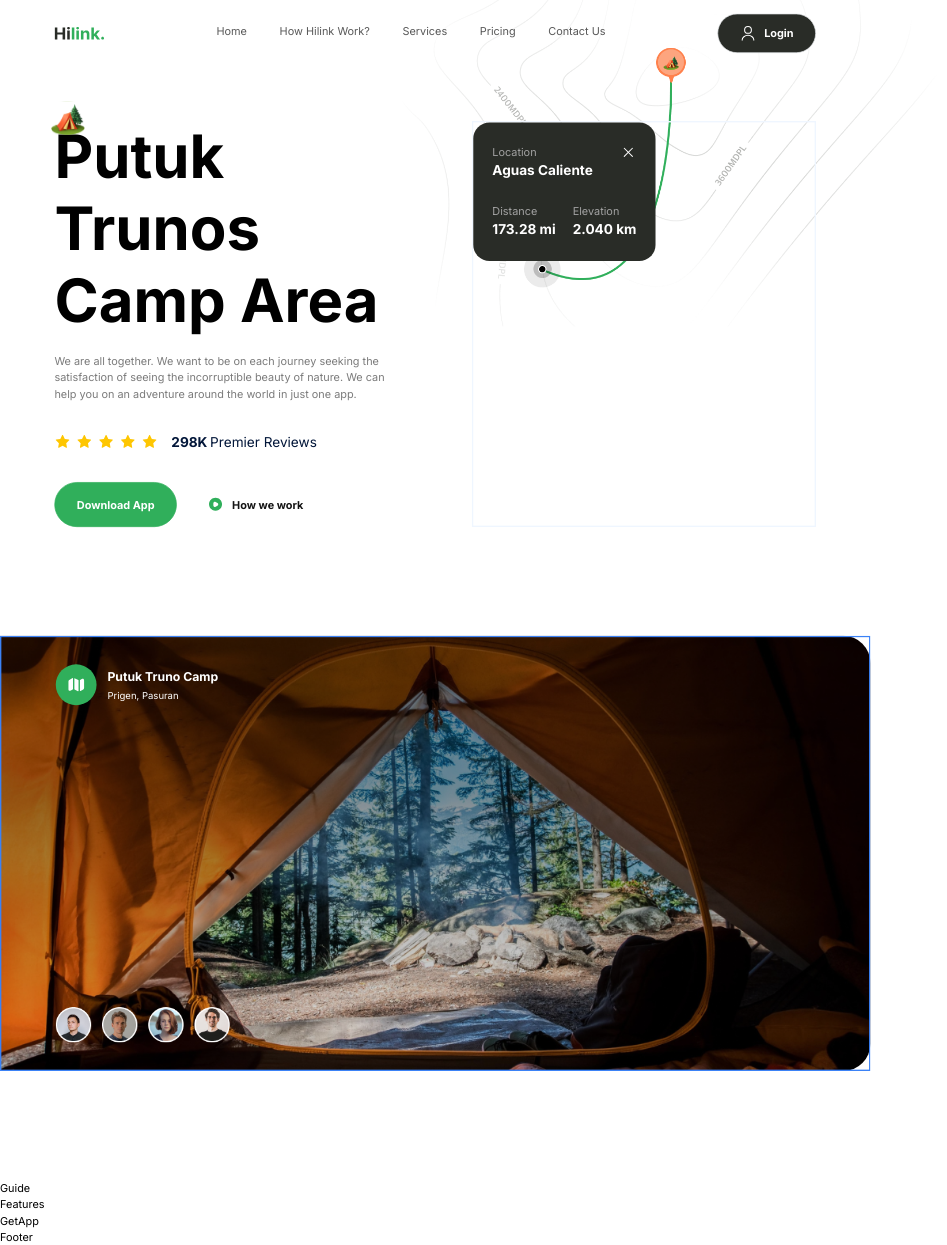
Repository: SouthpawC0der/Modern-reactsite
Page: /
An editor plug-in stored every save of this project. The page is shown before and after the next save, followed by the edit.
The browser window is 1280 px wide. The page is 1392 px wide, so the pictures cover 1392 px, including what lies to the right of the window. The pictures show the whole page, at 68% of full size.
The project was rebuilt for these pictures with package versions that can differ from the ones it lists, and the page was loaded fresh each time. The framework's server and built-in components were replaced by stand-ins that run in the browser. Also part of the build but not shown: next.config.ts.

Above is the page before, as saved 2025-02-06 12:16:35.

### app/layout.tsx
import type { Metadata } from "next";
import "./globals.css";
import Navbar from "@/components/Navbar";
import Footer from "@/components/Footer";

export default function RootLayout({
  children,
}: Readonly<{
  children: React.ReactNode;
}>) {
  return (
    <html lang="en">
      <body>
        <Navbar />
        <main className="relative-overflow-hidden">
        {children}
        </main>
        <Footer />
      </body>
    </html>
  );
}

### app/page.tsx
import Camp from "@/components/Camp";
import Features from "@/components/Features";
import GetApp from "@/components/GetApp";
import Guide from "@/components/Guide";
import Hero from "@/components/Hero";


export default function Home() {
  return (
    <>
    <Hero />
    <Camp />
    <Guide />
    <Features />
    <GetApp />
    </>
  );
}

### app/globals.css

@import url('https://fonts.googleapis.com/css2?family=Inter:wght@400;500;600;700;800&display=swap');

@tailwind base;
@tailwind components;
@tailwind utilities;

* {
  margin: 0;
  padding: 0;
  box-sizing: border-box;
}

body {
  font-family: Inter;
}

@layer utilities {
  .btn_white {
    @apply  border-white bg-white px-8 py-3 text-green-50
  }
  .btn_white_text  {
    @apply  border-white bg-white px-8 py-3 text-gray-90
  }
  .btn_green  {
    @apply  border-green-50 bg-green-50 px-8 py-5 text-white
  }
  .btn_dark_green {
    @apply  bg-green-90 px-8 py-4 text-white transition-all hover:bg-black
  }
  .btn_dark_green_outline  {
    @apply border-gray-20 bg-green-90 px-8 py-5 text-white
  }

  .max-container {
    @apply mx-auto max-w-[1440px];
  }

  .padding-container {
    @apply px-6 lg:px-20 3xl:px-0;
  }

  .flexCenter {
    @apply flex items-center justify-center;
  }

  .flexBetween {
    @apply flex items-center justify-between;
  }

  .flexStart {
    @apply flex items-center justify-start;
  }

  .flexEnd {
    @apply flex items-center justify-end;
  }

  /* FONTS */
  .regular-64 {
    @apply text-[64px] font-[400] leading-[120%];
  }

  .regular-40 {
    @apply text-[40px] font-[400] leading-[120%];
  }

  .regular-32 {
    @apply text-[32px] font-[400];
  }

  .regular-24 {
    @apply text-[24px] font-[400];
  }

  .regular-20 {
    @apply text-[20px] font-[400];
  }

  .regular-18 {
    @apply text-[18px] font-[400];
  }

  .regular-16 {
    @apply text-[16px] font-[400];
  }

  .regular-14 {
    @apply text-[14px] font-[400];
  }

  .medium-14 {
    @apply text-[14px] font-[600];
  }

  .bold-88 {
    @apply text-[88px] font-[700] leading-[120%];
  }

  .bold-64 {
    @apply text-[64px] font-[700] leading-[120%];
  }

  .bold-52 {
    @apply text-[52px] font-[700] leading-[120%];
  }

  .bold-40 {
    @apply text-[40px] font-[700] leading-[120%];
  }

  .bold-32 {
    @apply text-[32px] font-[700] leading-[120%];
  }

  .bold-20 {
    @apply text-[20px] font-[700];
  }

  .bold-18 {
    @apply text-[18px] font-[700];
  }

  .bold-16 {
    @apply text-[16px] font-[700];
  }

  /* Hero */
  .hero-map {
    @apply absolute right-0 top-0 h-screen w-screen bg-pattern-2 bg-cover bg-center md:-right-28 xl:-top-60;
  }

  /* Camp */
  .camp-quote {
    @apply absolute -right-6 bottom-4 w-[140px] lg:bottom-10 xl:-right-8 xl:w-[186px] 3xl:right-0;
  }

  /* Feature */
  .feature-phone {
    @apply absolute top-[13%] z-10 hidden max-w-[1500px] rotate-[15deg] md:-left-16 lg:flex  3xl:left-20;
  }

  /* Get App */
  .get-app {
    @apply max-container relative flex w-full  flex-col justify-between gap-32 overflow-hidden bg-green-90 bg-pattern bg-cover bg-center bg-no-repeat px-6 py-12 text-white sm:flex-row sm:gap-12 sm:py-24 lg:px-20 xl:max-h-[598px] 2xl:rounded-5xl;
  }
}

/* Hide scrollbar for Chrome, Safari and Opera */
.hide-scrollbar::-webkit-scrollbar {
  display: none;
}

/* Hide scrollbar for IE, Edge and Firefox */
.hide-scrollbar {
  -ms-overflow-style: none; /* IE and Edge */
  scrollbar-width: none; /* Firefox */
}

### components/Navbar.tsx
import { NAV_LINKS } from '@/constants'
import Image from 'next/image'
import Link from 'next/link'
import React from 'react'
import Button from './Button'

const Navbar = () => {
  return (
    <nav className='flexBetween max-container padding-container relative z-30 py-5'>
        <Link href="/">
          <Image src="/hilink-logo.svg" alt='logo' width={74} height={29} />
        </Link>

          <ul className='hidden h-full gap-12 lg:flex'>
             {NAV_LINKS.map((link) => (
                <Link href={link.href} key={link.key}
                className='regular-16 text-gray-50 flexCenter cursor-pointer pb-1.5 transition-all hover:font-bold'
                >
                    {link.label}
                </Link>
             ))}
          </ul>

          <div className='lg:flexCenter hidden'>
            <Button
            type='button'
            title='Login'
            icon='/user.svg'
            variant='btn_dark_green'
            />
          </div>

          <Image
          src='menu.svg'
          alt='menu'
          width={32}
          height={32}
          className='inline-block cursor-pointer lg:hidden'
          />
    </nav>
  )
}


export default Navbar

### components/Camp.tsx
import React from 'react'
import Image from 'next/image'
import { PEOPLE_URL } from '@/constants';


 interface CampProps {
  backgroundImage: string;
  title: string,
  subtitle: string,
  peopleJoined: string,
 }

const CampSite = ({backgroundImage, title, subtitle, peopleJoined}: CampProps) => {
  return (
    <div className={`h-full w-full min-w-[1100px] ${backgroundImage}
    bg-cover bg-no-repeat lg:rounded-r-5xl 2xl:rounded-5xl
    `}>
      <div className='flex h-full flex-col items-start justify-between
      p-6 lg:px-20 lg:py-10 border-2 border-blue-500'>
        <div className='flexCenter gap-4'>
           <div className='rounded-full bg-green-50 p-4'>
              <Image
                src="/folded-map.svg"
                alt="map"
                width={28}
                height={28}
              />
           </div>
           <div className='flex flex-col gap-1'>
              <h4 className='bold-18 text-white'>{title}</h4>
              <p className='regular-14 text-white'>{subtitle}</p>
           </div>
        </div>
        <div className='flexCenter gap-6'>
           <span className='flex space-x-4 overflow-hidden'>
              {PEOPLE_URL.map((url) => (
                <Image
                src={url}
                key={url}
                alt='person'
                width={52}
                height={52}
                />
              ))}
           </span>
        </div>
      </div>
    </div>
  )
}


const Camp = () => {
  return (
    <section className='2xl:max-container relative flex fle-col py-10 lg:mb-10 lg:py-20 xl:mb-20'>
    <div className='hide-scrollbar flex h-[340px] w-full items-start justify-start gap-8 overflow-x-auto lg:h-[400px] xl:h-[640px]'>
      <CampSite
      backgroundImage='bg-bg-img-1'
      title='Putuk Truno Camp'
      subtitle='Prigen, Pasuran'
      peopleJoined='50+ Joined'
      />
    </div>
  </section>
  )
}

export default Camp

### components/Hero.tsx
import Image from 'next/image'
import React from 'react'
import Button from './Button'

const Hero = () => {
  return (
    <section className='max-container padding-container flex flex-col gap-20 py-10 pb-32 md:gap-28
     lg:py-20 xl:flex-row '>
        <div className='hero-map' />

        <div className='relative z-10 flex flex-1 flex-col xl:w-1/2'>
            <Image
            src='/camp.svg'
            alt='camp'
            width={50}
            height={50}
            className='absolute left-[-5px] top-[-30px] w-10 lg:w-[50px]'
             />
             <h1 className='bold-32 lg:bold-88'>Putuk Trunos Camp Area</h1>
             <p className='regular-16 mt-6 text-gray-30 xl:max-[520px]'>
                We are all together. We want to be on each journey seeking the
                satisfaction of seeing the incorruptible beauty of nature. We can
                help you on an adventure around the world in just one app.
             </p>

             <div className='my-11 flex flex-wrap gap-5'>
                <div className='flex items-center gap-2'>
                    {Array(5).fill(1).map((_, index) => (
                        <Image
                        src='/star.svg'
                        key={index}
                        alt='star'
                        width={24}
                        height={24}
                        />
                    ))}
                </div>
                <p className='bold-16 lg:bold-20 text-blue-70'>
                    298K
                    <span className='regular-16 lg:regular-20 ml-1'>Premier Reviews</span>
                </p>
             </div>
             <div className='flex flex-col w-full gap-3 sm:flex-row'>
                    <Button
                    type='button'
                    title='Download App'
                    variant='btn_green'
                    />
                    <Button
                    type='button'
                    title='How we work'
                    icon='/play.svg'
                    variant='btn_white_text'
                    />
             </div>
        </div>

        <div className='relative flex flex-1 items-start border-2 border-blue-50'>
           <div className='relative z-20 flex w-[268px] flex-col gap-8 rounded-3xl bg-green-90 px-7 py-8'>

            <div className='flex flex-col'>
                <div className='flexBetween'>
                    <p className='regular-16 text-gray-20'>Location</p>
                        <Image
                          src='/close.svg'
                          alt='close'
                          width={24}
                          height={24}
                        />
                </div>

                <p className='bold-20 text-white'>Aguas Caliente</p>
                </div>

                <div className='flexBetween'>
                  <div className='flex flex-col'>
                    <p className='regular-16 block text-gray-20'>Distance</p>
                    <p className='bold-20 text-white'>173.28 mi</p>
                </div>
                  <div className='flex flex-col'>
                    <p className='regular-16 block text-gray-20'>Elevation</p>
                    <p className='bold-20 text-white'> 2.040 km</p>
                </div>
              </div>
            </div>
        </div>
    </section>
  )
}

export default Hero

### components/Button.tsx
import Image from 'next/image';
import React from 'react'

type ButtonProps = {
    type: 'button' | 'submit';
    title: string;
    icon?: string,
    variant: string
}

const Button = ( {type, title, icon, variant }: ButtonProps) => {
  return (
    <button
    className={`flexCenter gap-3 rounded-full border ${variant}`}
    type={type}

    >
        {icon && <Image src={icon} alt={title} width={24} height={24} />}
        <label className='bold-16 whitespace-nowrap'>{title}</label>
    </button>
  )
}

export default Button

Loaded but not shown: components/Footer.tsx (common file); components/Features.tsx (common file); components/GetApp.tsx (common file); components/Guide.tsx (common file); constants/index.ts (common file); tailwind.config.ts (common file)

After the next save:
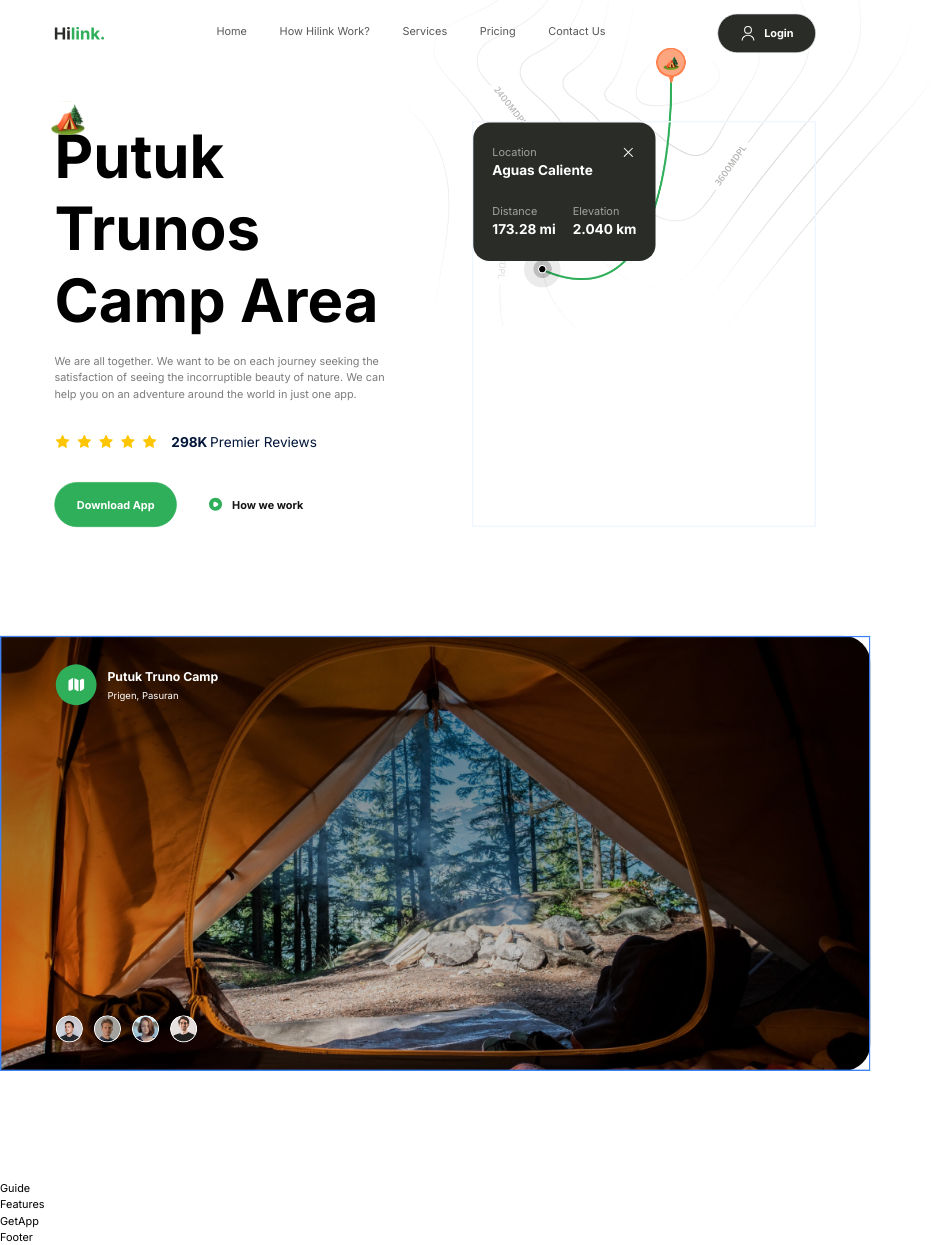
Saved 43 s later.
--- a/components/Camp.tsx
+++ b/components/Camp.tsx
@@ -35,6 +35,7 @@ const CampSite = ({backgroundImage, title, subtitle, peopleJoined}: CampProps) =
            <span className='flex space-x-4 overflow-hidden'>
               {PEOPLE_URL.map((url) => (
                 <Image
+                className='inline-block h-10 w-10 rounded-full'
                 src={url}
                 key={url}
                 alt='person'
